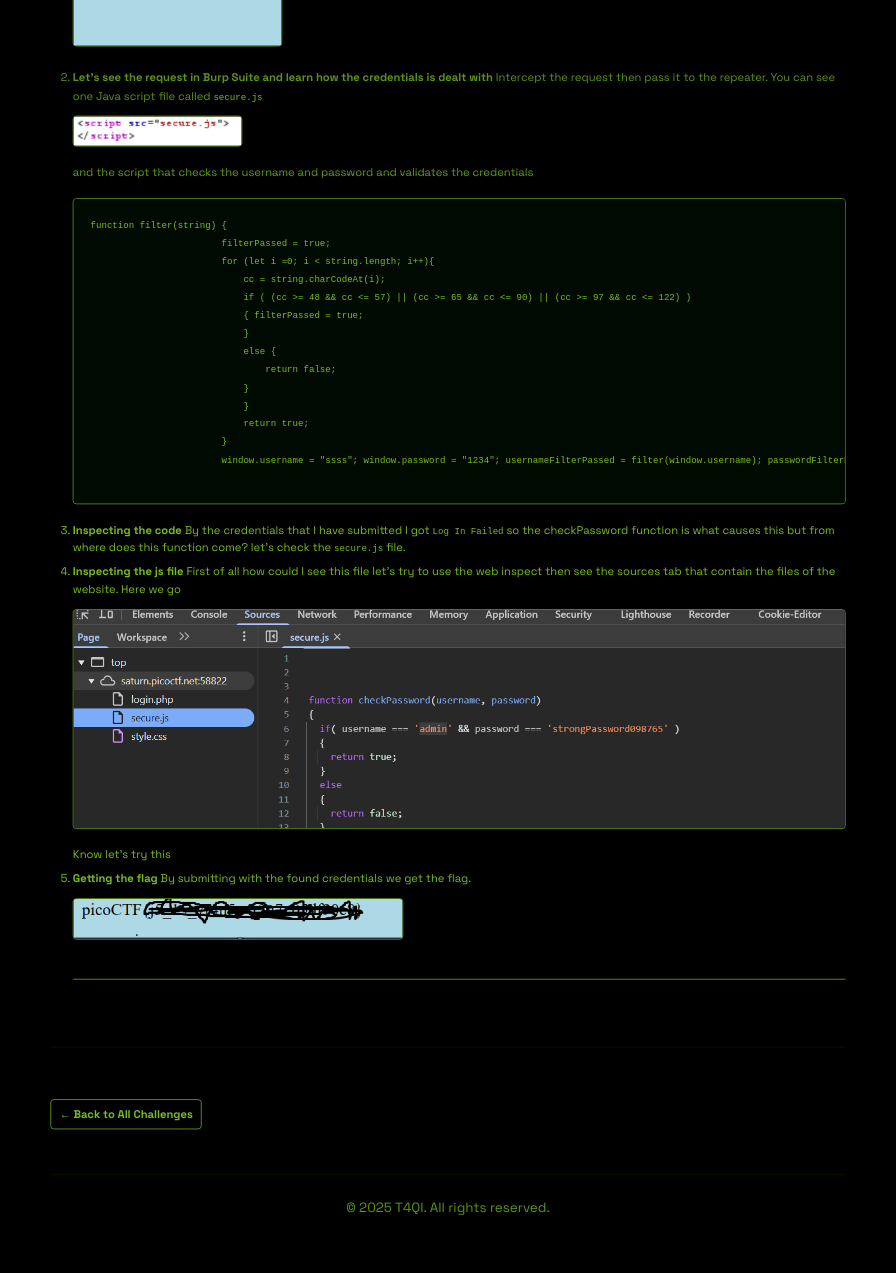
Repository: mohamedsoliman-tq/Website
Page: blogs/picoCTF/localauth.html
The author's editor kept a copy of each file at every save. The page is drawn from the files as they stood at one save, then again after a run of saves.
The browser window is 1280 px wide. The pictures show the part of the page from y = 1755 to 3675 px (the page is 3573 px tall before and 3675 px after), at 70% of full size.

Above is the page before, as saved 2025-03-13 01:55:17.

After the next 4 saves:
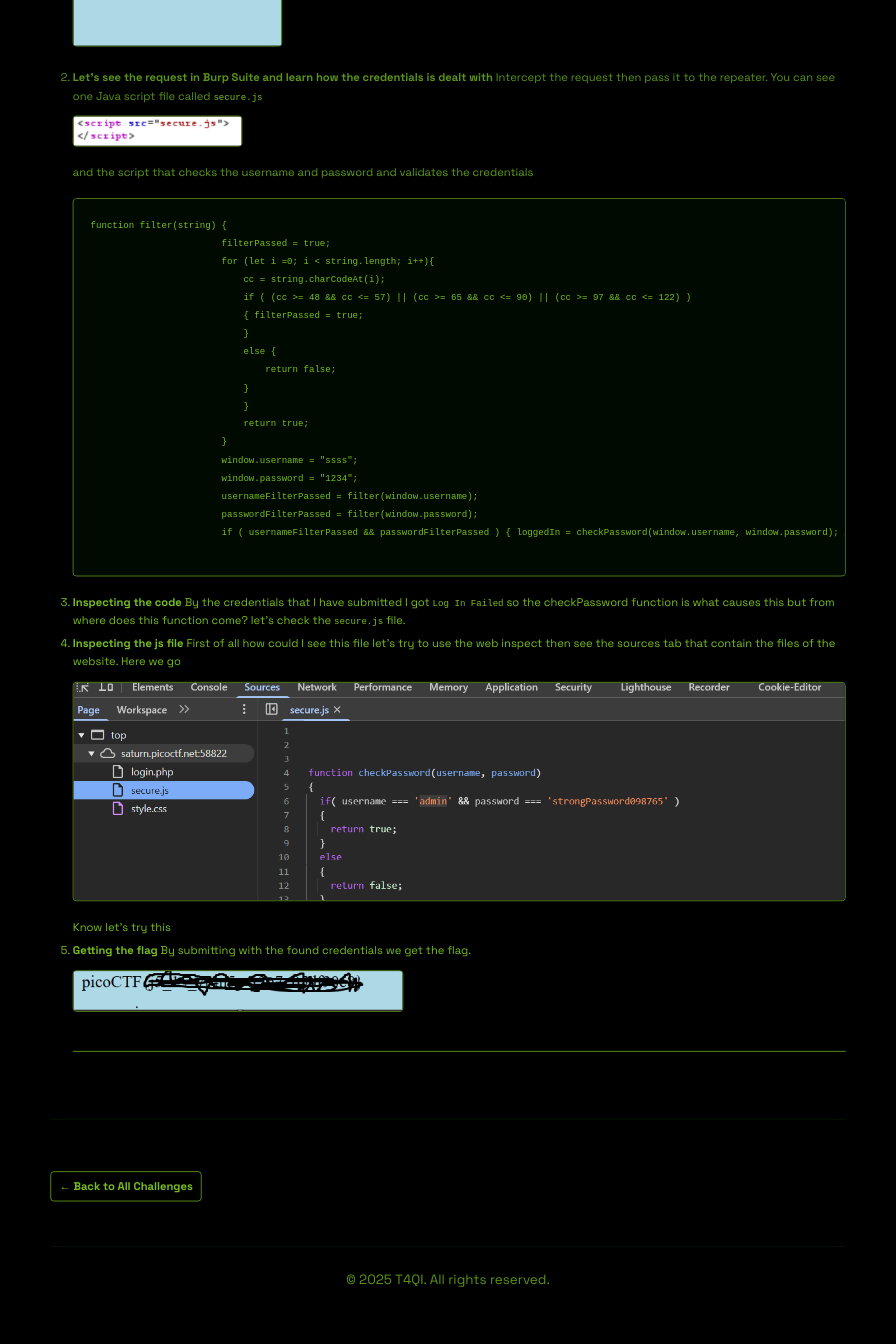
The 4 saves are shown as one change because they came seconds apart.
The last was saved 12 s later.
--- a/blogs/picoCTF/localauth.html
+++ b/blogs/picoCTF/localauth.html
@@ -76,7 +76,11 @@
                             }
                             return true;
                         }
-                        window.username = "ssss"; window.password = "1234"; usernameFilterPassed = filter(window.username); passwordFilterPassed = filter(window.password); if ( usernameFilterPassed && passwordFilterPassed ) { loggedIn = checkPassword(window.username, window.password); if(loggedIn) { document.getElementById('msg').innerHTML = "Log In Successful"; document.getElementById('adminFormHash').value = "2196812e91c29df34f5e217cfd639881"; document.getElementById('hiddenAdminForm').submit(); } else { document.getElementById('msg').innerHTML = "Log In Failed"; } } else { document.getElementById('msg').innerHTML = "Illegal character in username or password." }
+                        window.username = "ssss";
+                        window.password = "1234";
+                        usernameFilterPassed = filter(window.username);
+                        passwordFilterPassed = filter(window.password);
+                        if ( usernameFilterPassed && passwordFilterPassed ) { loggedIn = checkPassword(window.username, window.password); if(loggedIn) { document.getElementById('msg').innerHTML = "Log In Successful"; document.getElementById('adminFormHash').value = "2196812e91c29df34f5e217cfd639881"; document.getElementById('hiddenAdminForm').submit(); } else { document.getElementById('msg').innerHTML = "Log In Failed"; } } else { document.getElementById('msg').innerHTML = "Illegal character in username or password." }
                 </li>
                 <li><strong>Inspecting the code</strong> By the credentials that I have submitted I got
                     <code>Log In Failed</code> so the checkPassword function is what causes this but from where
